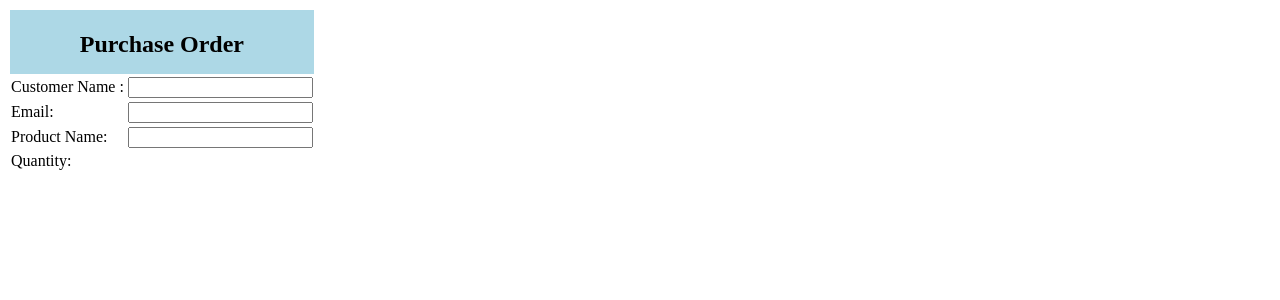
Repository: FatCat0712/JSP
Page: http://localhost/bai_20/
The author's editor kept a copy of each file at every save. The page is drawn from the files as they stood at one save, then again after the next save.
The browser window is 1280 px wide. The pictures show the whole page.
The page is served by Tomcat 9.

Above is the page before, as saved 2024-04-22 01:26:17.

After the next save:
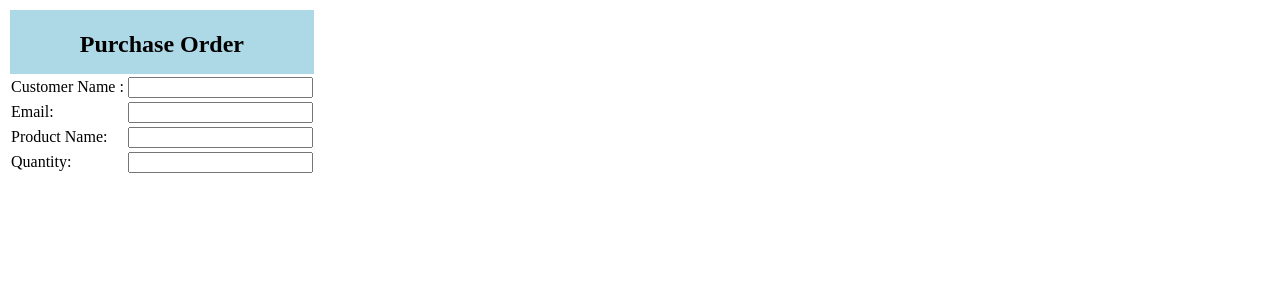
Saved 27 s later.
--- a/bai_20/src/main/webapp/index.jsp
+++ b/bai_20/src/main/webapp/index.jsp
@@ -47,6 +47,9 @@
 			<td>
 				<label>Quantity: </label>
 			</td>
+			<td>
+				<input type="number" name quantity"/>
+			</td>
 		</tr>
 	</table>
 </form>
